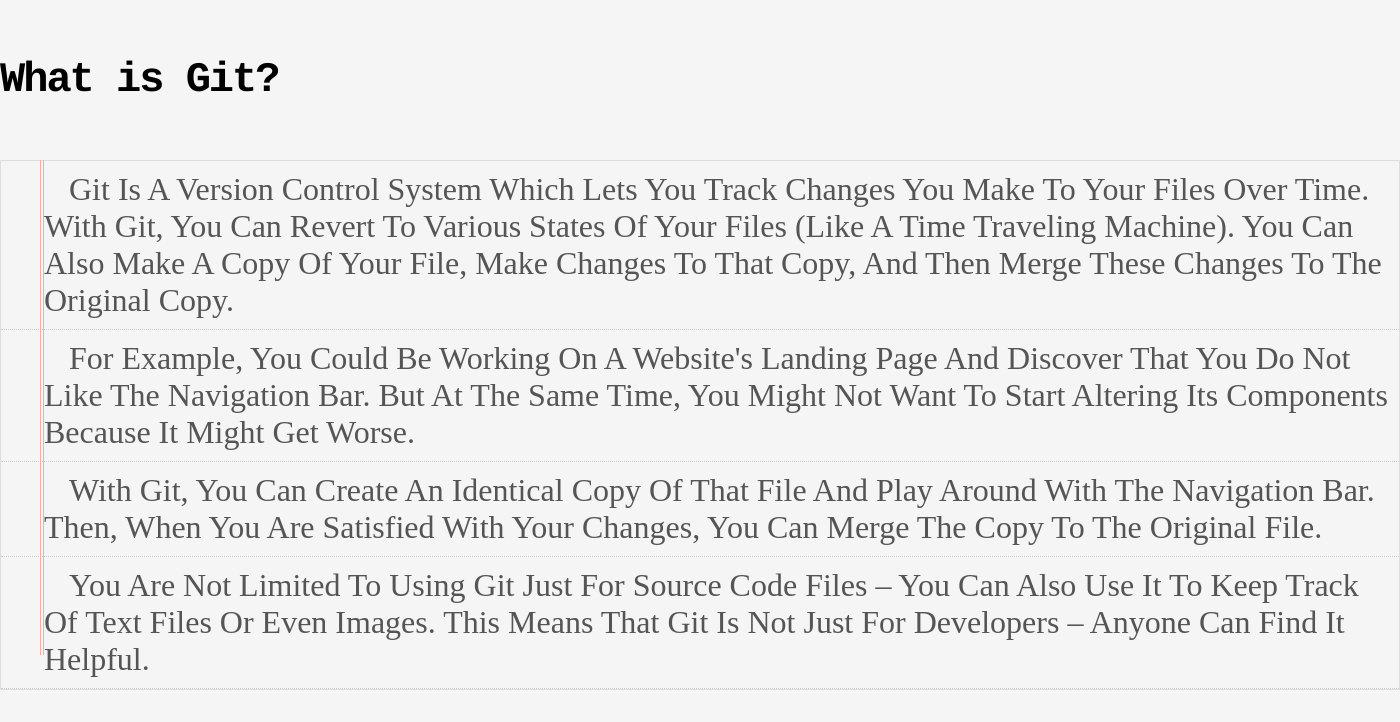
Repository: dev-singh-kanyal/Archive-git_github
Page: src/what is git.html
The author's editor kept a copy of each file at every save. The page is drawn from the files as they stood at one save, then again after a run of saves.
The browser window is 1280 px wide. The page is 1400 px wide, so the pictures cover 1400 px, including what lies to the right of the window. The pictures show the whole page.
Some web fonts or font styles are not loaded; a fallback is used.

Above is the page before, as saved 2022-06-24 16:24:43.

After the next 2 saves:
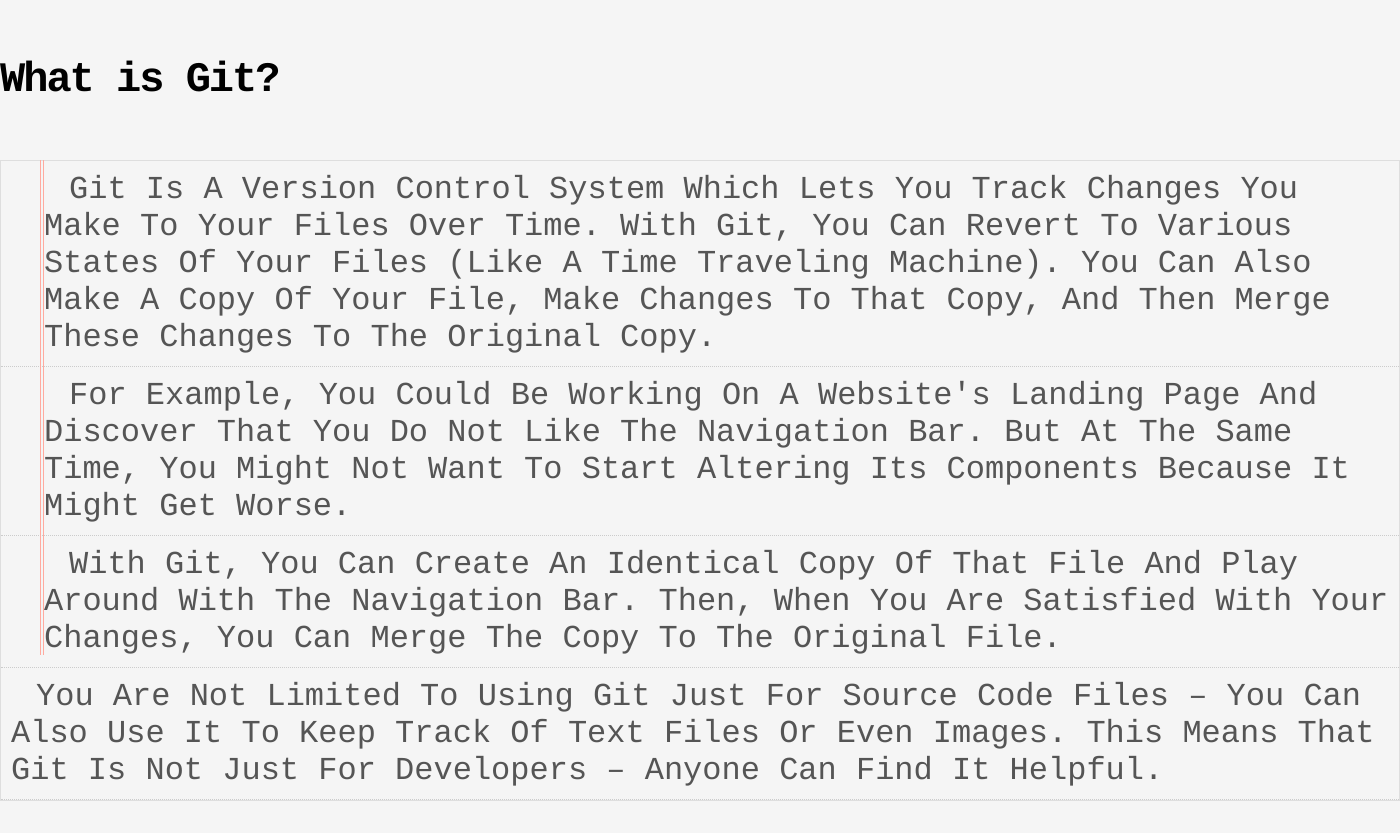
The 2 saves are shown as one change because they came seconds apart.
The last was saved 7 s later.
--- a/src/style.css
+++ b/src/style.css
@@ -21,6 +21,7 @@
     padding: 0 !important;
     width: auto;
     /* font-family: 'Reenie Beanie'; */
+    font-family: courier, monospace;
     font-size: 2rem;
     border: 1px solid #dedede;
   }
